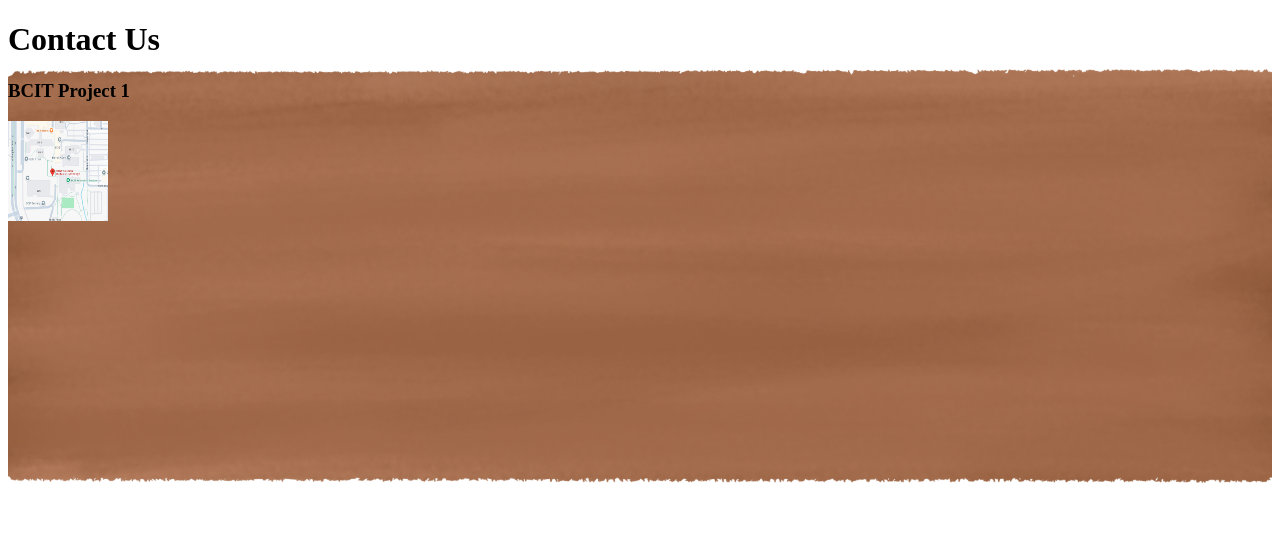
Repository: AlyssaHug/Bandit-Breakout
Page: index.html
These files come from the project's save history. The page is drawn as it stood at one moment and after the next save; the edit follows.
The browser window is 1280 px wide. The pictures show the whole page.
Some web fonts or font styles are not loaded; a fallback is used.

Above is the page before, as saved 2025-05-06 22:46:02.

### index.html
<!DOCTYPE html>
<html lang="en">
    <head>
        <meta charset="UTF-8" />
        <meta
            name="viewport"
            content="width=device-width, initial-scale=1.0" />
        <link
            rel="stylesheet"
            href="styles.css" />
        <title>Bandit Breakout</title>
    </head>
    <body>
        <header></header>
        <main>
            <div class="download-now"></div>
            <div class="Contact-us-apps"></div>
        </main>
        <footer>
            <div class="Contact-us">
                <h1>Contact Us</h1>
                <h3>BCIT Project 1</h3>
                <img
                    class="bcit-map"
                    src="img/BCIT.png"
                    alt="BCIT Map" />
            </div>
        </footer>
    </body>
</html>

### styles.css
@import url("https://fonts.googleapis.com/css2?family=Wellfleet&display=swap");

@font-face {
    font-family: "Western Bang Bang";
    src: url("fonts/WesternBangBang.ttf") format("truetype");
    font-weight: normal;
    font-style: normal;
}

:root {
    /* Font Families */
    --font-western: "Western Bang Bang", sans-serif;
    --font-wellfleet: "Wellfleet", serif;

    /* Font Sizes */
    --font-size-h1: 48px;
    --font-size-h2: 36px;
    --font-size-h3: 32px;
    --font-size-h4: 24px;
    --font-size-body: 14px;
    --font-size-caption: 11px;
}
.bcit-map {
    width: 100px;
    height: 100px;
}
footer {
    background-image: url("img/board.png");
    background-size: cover;
    background-repeat: no-repeat;
    background-position: center;
    min-height: 500px;
    width: 100%;
    margin: 0;
    padding: 0;
}

After the next save:
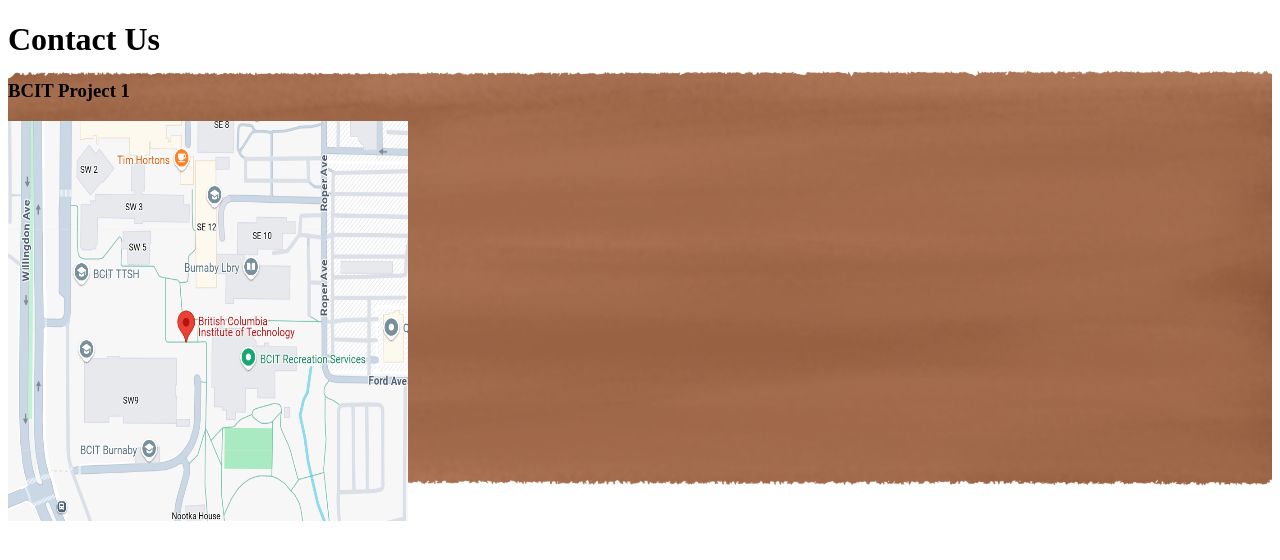
Saved 10 s later.
--- a/styles.css
+++ b/styles.css
@@ -21,8 +21,8 @@
     --font-size-caption: 11px;
 }
 .bcit-map {
-    width: 100px;
-    height: 100px;
+    width: 400px;
+    height: 400px;
 }
 footer {
     background-image: url("img/board.png");
